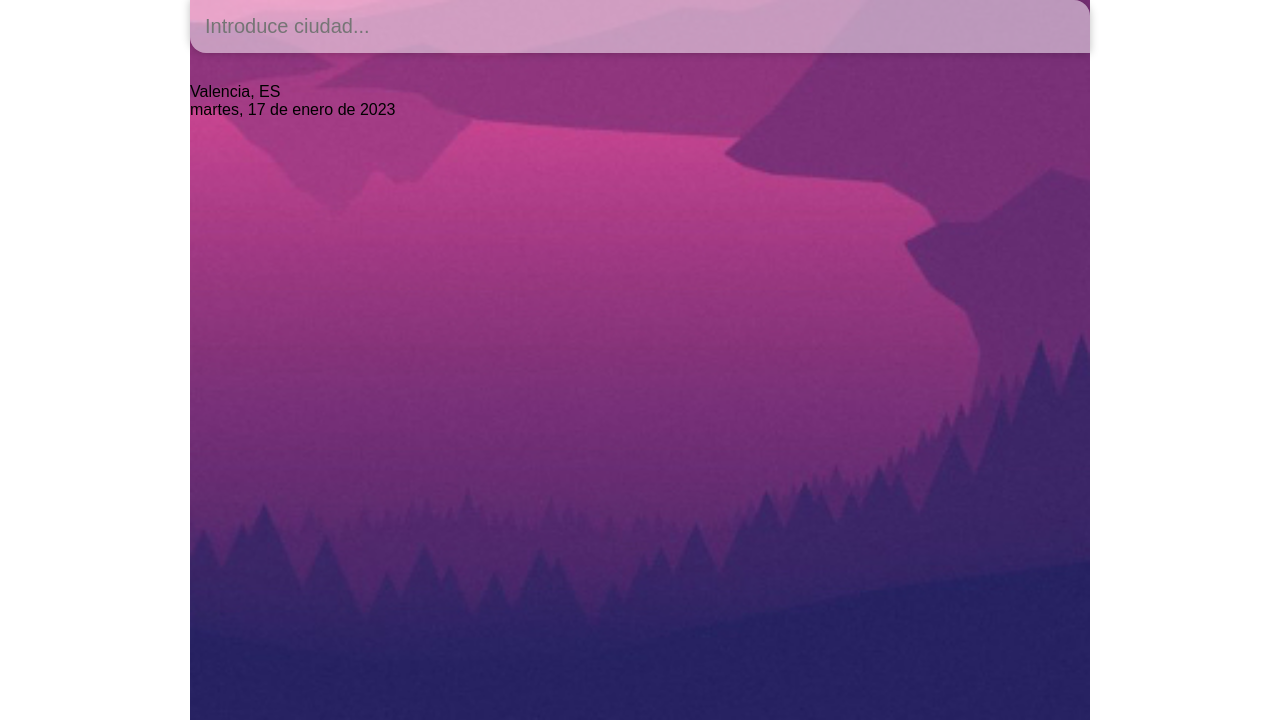
Repository: DaftyCode/weather-vue
Page: /
These files come from the project's save history. The page is drawn as it stood at one moment and after the next save; the edit follows.
The browser window is 1280 px wide. The pictures show the whole page.
The project was rebuilt for these pictures with package versions that can differ from the ones it lists, and the page was loaded fresh each time. Also part of the build but not shown: vite.config.js.

Above is the page before, as saved 2023-01-17 13:30:24.

### src/App.vue
<script>
  export default {
    name: 'app',
    data() {
      return {
        query: '',
      };
    },
  };
</script>

<template>
  <div class="main-container">
    <main>
      <div class="search-box">
        <input type="text" class="search-bar" placeholder="Introduce ciudad..." v-model="query" />
      </div>

      <div class="weather-wrap">
        <div class="location-box">
          <div class="location">Valencia, ES</div>
          <div class="date">martes, 17 de enero de 2023</div>
        </div>
      </div>
    </main>
  </div>
</template>

<style>
  body {
    display: flex;
    justify-content: center;
    font-family: 'montserrat', sans-serif;
    min-height: 100vh;
    margin: 0;
  }

  #app {
    width: 100%;
    max-width: 900px;
    margin: 0;
    padding: 0;
    font-weight: normal;
  }

  .main-container {
    width: 100%;
    height: 100%;
    background-image: url('./assets/warm-bg.jpg');
    background-size: cover;
    background-position: bottom;
  }

  .search-box {
    display: flex;
    width: 100%;
    margin-bottom: 30px;
  }

  .search-box .search-bar {
    display: flex;
    width: 100%;
    padding: 15px;

    color: #313131;
    font-size: 20px;
    appearance: none;
    border: none;
    outline: none;
    background: none;
    box-shadow: 0px 0px 8px rgba(0, 0, 0, 0.25);
    background-color: rgba(255, 255, 255, 0.5);
    border-radius: 0px 16px 0px 16px;
    transition: 0.4s;
  }

  .search-box .search-bar:focus {
    box-shadow: 0px 0px 16px rgba(0, 0, 0, 0.25);
    background-color: rgba(255, 255, 255, 0.75);
    border-radius: 16px 0px 16px 0px;
  }
</style>

Loaded but not shown: index.html (common file); src/main.js (common file)

After the next save:
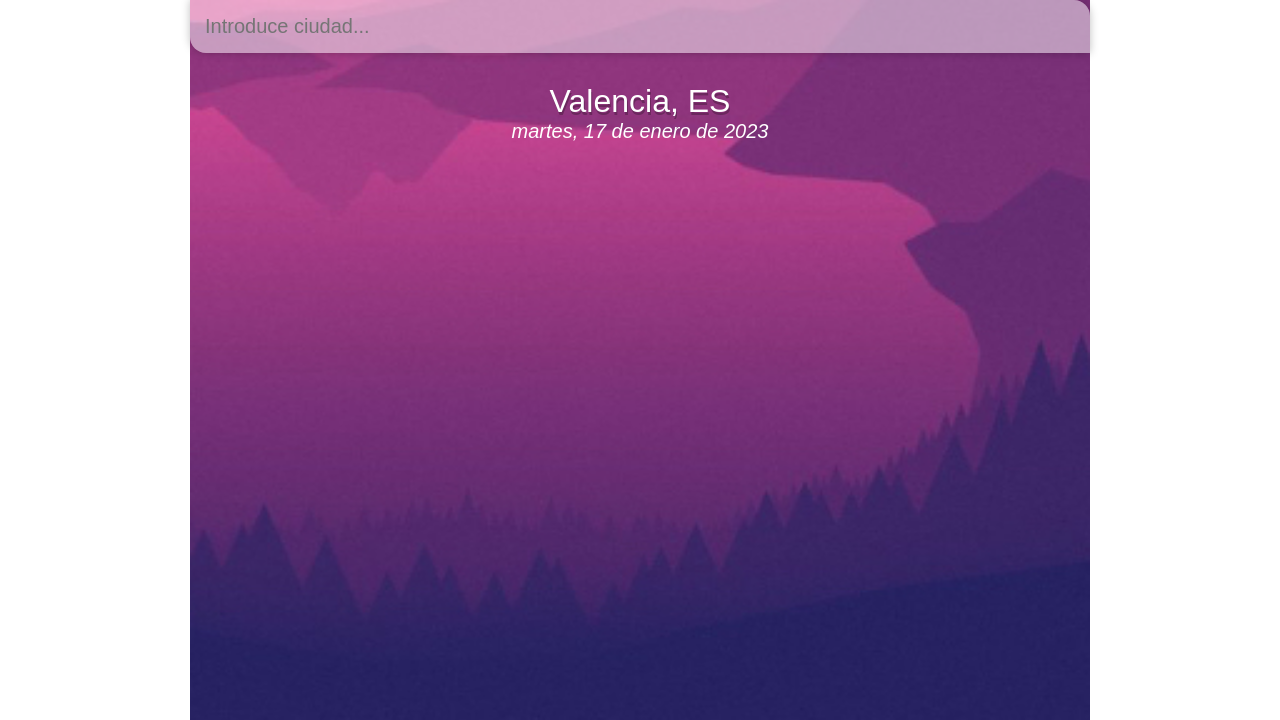
Saved 91 s later.
--- a/src/App.vue
+++ b/src/App.vue
@@ -79,4 +79,20 @@
     background-color: rgba(255, 255, 255, 0.75);
     border-radius: 16px 0px 16px 0px;
   }
+
+  .location-box .location {
+    color: #fff;
+    font-size: 32px;
+    font-weight: 500;
+    text-align: center;
+    text-shadow: 1px 3px rgba(0, 0, 0, 0.25);
+  }
+
+  .location-box .date {
+    color: #fff;
+    font-size: 20px;
+    font-weight: 300;
+    font-style: italic;
+    text-align: center;
+  }
 </style>
